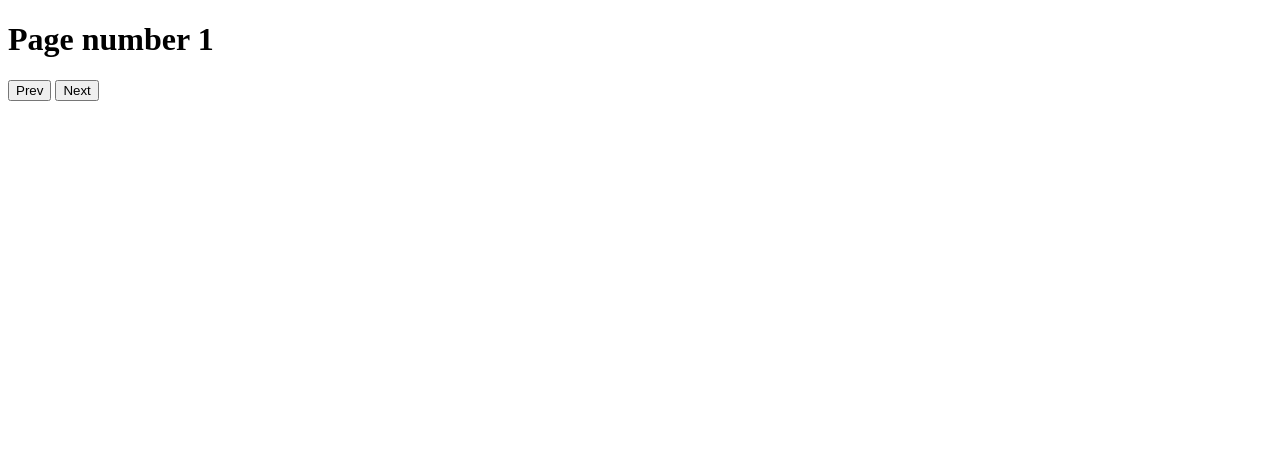
Repository: acciojob/github-issues-js-vandanayadav15
Page: main.html
These files come from the project's save history. The page is drawn as it stood at one moment and after a run of saves; the edit follows.
The browser window is 1280 px wide. The pictures show the whole page.
The page's requests for data from a server got no answer.

Above is the page before, as saved 2023-01-13 22:31:17.

### main.html
<!DOCTYPE html>

<html>

<head>
	<link rel="stylesheet" href="styles.css">
</head>

<body>
	<div class="container">
		<h1 id="heading">Page number 1</h1>
		<ol id="list">
		</ol>
		<div class="buttons">
			<button id="load_prev">Prev</button>
			<button id="load_next">Next</button>
		</div>
	</div>
	<!-- the entire body must be written by student -->
    <script type="text/javascript" src="./script.js">
</script>

</body>

</html>

### styles.css

/* Your CSS Code here. */

### script.js
//your code here
const heading = document.getElementById("heading");
const next = document.getElementById("load_next");
const prev = document.getElementById("load_prev");
const list = document.getElementById("list");
let pageNumber = 1;

function getIssues(pageNumber) {
  return fetch(
    `https://api.github.com/repositories/1296269/issues?page=${pageNumber}&per_page=5`
  )
    .then((res) => res.json())
    .then((res) => res);
}

async function renderIssues(pageNumber) {
  let issues = await getIssues(pageNumber);
  list.innerHTML = "";
  heading.innerHTML = `Page number ${pageNumber}`;
  issues.forEach((issue) => {
    let li = document.createElement("li");
    li.innerHTML = issue.node_id;
    list.appendChild(li);
  });
}
renderIssues(1);

next.addEventListener("click", () => {
  pageNumber++;
  renderIssues(pageNumber);
});
prev.addEventListener("click", () => {
  if (pageNumber > 1) {
    pageNumber--;
    renderIssues(pageNumber);
  }
});

After the next 2 saves:
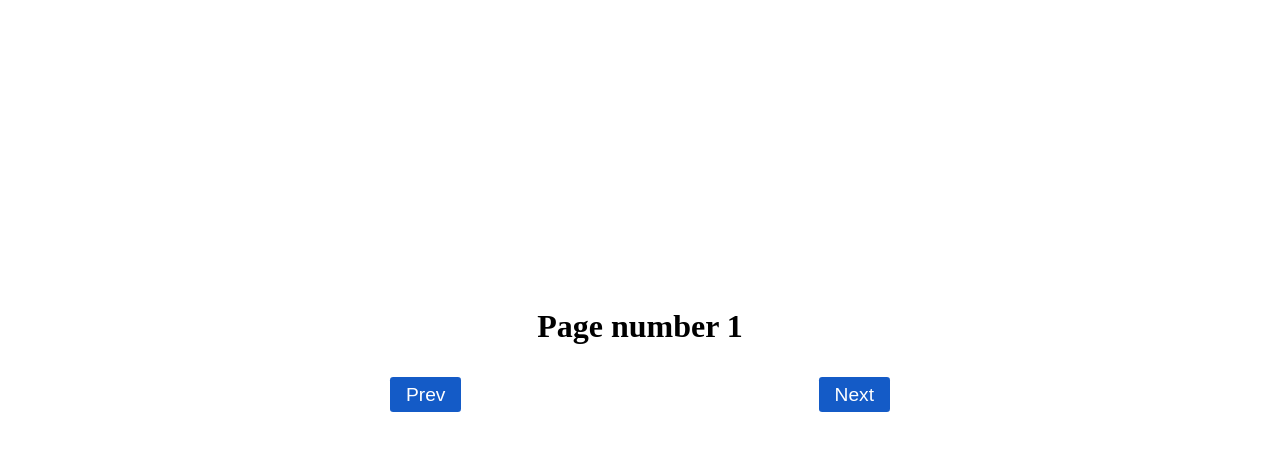
The 2 saves are shown as one change because they came seconds apart.
The last was saved 34 s later.
--- a/styles.css
+++ b/styles.css
@@ -1,2 +1,36 @@
 
 /* Your CSS Code here. */
+*{
+     margin: 0;
+     padding: 0;
+     box-sizing: border-box;
+}
+body{
+     height: 100vh;
+     width: 100vw;
+     display: grid;
+     place-content: center;
+}
+.container{
+     width: 500px;
+     display: flex;
+     flex-direction: column;
+     gap: 1rem;
+}
+#heading{
+     text-align: center;
+}
+.buttons{
+     display: flex;
+     justify-content: space-between;
+}
+.buttons button{
+     background-color: rgb(20, 91, 199);
+     padding: .4rem 1rem;
+     font-size: 1.2rem;
+     border-radius: .2rem;
+     border: none;
+     outline: none;
+     cursor: pointer;
+     color: #fff;
+}
